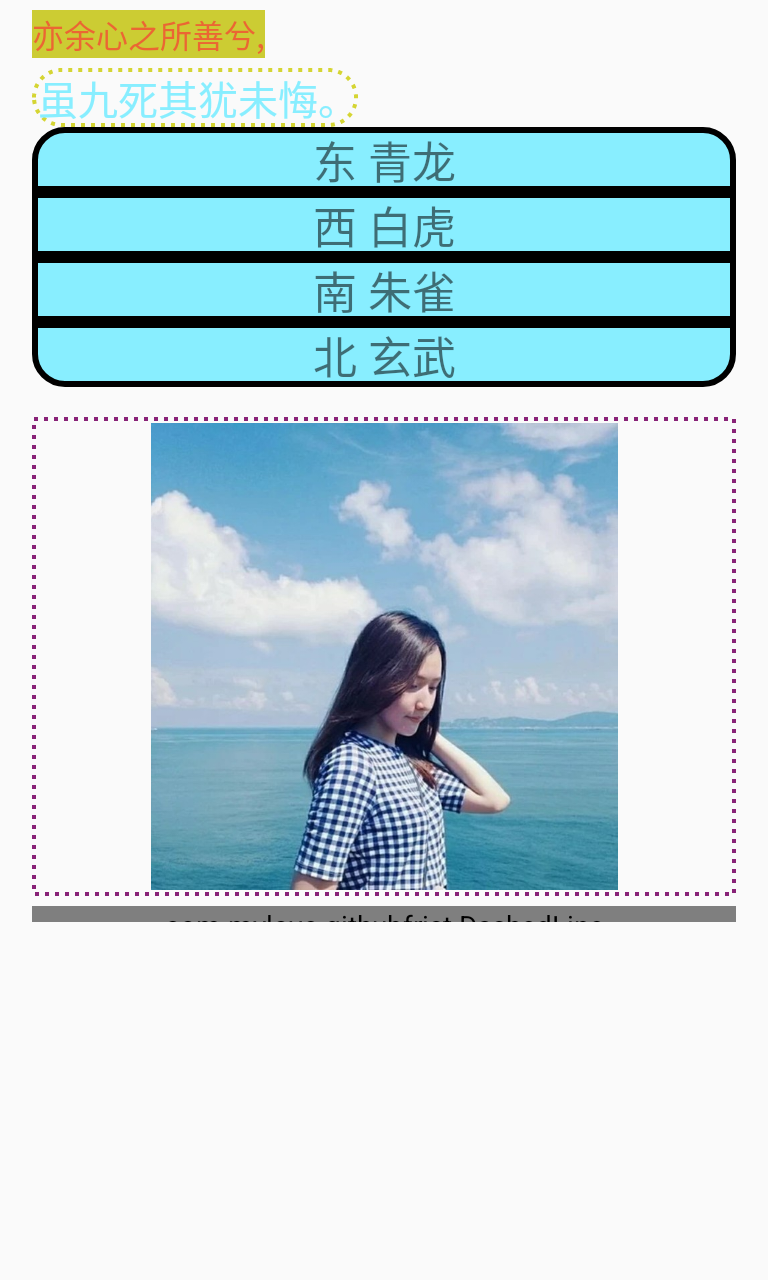
Repository: duhei/cici
Layout: GitHubFrist/res/layout/activity_main.xml
These files come from the project's save history. The layout is drawn as it stood at one moment and after the next save; the edit follows.
Pictures or frames that could not be fetched are drawn as grey boxes. It is drawn on a 768 x 1280 px phone screen (xhdpi) without system bars, with theme AppTheme; the app's code is not run.

Above is the layout before, as saved 2015-07-10 09:37:37.

### GitHubFrist/res/layout/activity_main.xml
<LinearLayout xmlns:android="http://schemas.android.com/apk/res/android"
    xmlns:tools="http://schemas.android.com/tools"
    android:layout_width="match_parent"
    android:layout_height="match_parent"

    android:paddingLeft="@dimen/activity_horizontal_margin"
    android:paddingRight="@dimen/activity_horizontal_margin"

    tools:context="com.mylove.githubfrist.MainActivity"
    android:orientation="vertical"
    >

    <TextView
        style="@style/warp_content"
        android:text="@string/lisao1"
        android:background="#FFCCCC33"
        android:textColor="#99FF2233"
        android:textSize="16dp"
        />

    <TextView
        style="@style/warp_textCol"
        android:layout_width="wrap_content"
        android:layout_height="wrap_content"
        android:background="@drawable/corner_shape"
        android:paddingLeft="3dp"
        android:text="@string/lisao2" />

    <TextView
        android:layout_width="match_parent"
        android:layout_height="wrap_content"
        android:background="@drawable/con_shape_top"
        android:text="@string/east"
        android:textSize="22dp"
        android:gravity="center"

        />

    <TextView
        android:layout_width="match_parent"
        android:layout_height="wrap_content"
        android:text="@string/west"
        android:textSize="22dp"
        android:gravity="center"
        android:background="@drawable/stroke_shape"
        />

    <TextView
        android:layout_width="match_parent"
        android:layout_height="wrap_content"
        android:text="@string/south"
        android:textSize="22dp"
        android:gravity="center"
        android:background="@drawable/stroke_shape"
        />

    <TextView
        android:layout_width="match_parent"
        android:layout_height="wrap_content"
        android:background="@drawable/con_shape_bottom"
        android:text="@string/nouth"
        android:textSize="22dp"
        android:gravity="center"
        />


    <ImageView
        android:layout_marginTop="15dp"
        android:layout_width="match_parent"
        android:layout_height="wrap_content"
        android:background="@drawable/line_shape"
        android:src="@drawable/meinv09"
        android:paddingTop="3dp"
        android:paddingBottom="3dp"

        />

    <com.mylove.githubfrist.DashedLine
        android:layout_width="match_parent"
        android:layout_height="8dp"
        android:layout_marginTop="5dp"
        ></com.mylove.githubfrist.DashedLine>

</LinearLayout>

### GitHubFrist/res/values/strings.xml
<?xml version="1.0" encoding="utf-8"?>
<resources>

    <string name="app_name">GitHubFrist</string>
    <string name="hello_world">Hello world!</string>
    <string name="action_settings">Settings</string>

    <string name="lisao1">亦余心之所善兮,</string>
    <string name="lisao2">虽九死其犹未悔。</string>

    <string name="east">东 青龙</string>
    <string name="west">西 白虎</string>
    <string name="south">南 朱雀</string>
    <string name="nouth">北 玄武</string>
</resources>

### GitHubFrist/res/drawable-hdpi/corner_shape.xml
<?xml version="1.0" encoding="utf-8"?>
<shape xmlns:android="http://schemas.android.com/apk/res/android" >

    <corners android:radius="20dp"/>

    <stroke android:width="2dp"
        android:dashGap="3dp"
        android:dashWidth="2dp"
        android:color="#FFD5D533"/>

</shape>

### GitHubFrist/res/drawable-hdpi/con_shape_top.xml
<?xml version="1.0" encoding="utf-8"?>
<shape xmlns:android="http://schemas.android.com/apk/res/android" >

    <corners android:topLeftRadius="15dp"
        android:topRightRadius="15dp"
        android:bottomLeftRadius="0dp"
        android:bottomRightRadius="0dp"
        />

    <gradient android:startColor="#FF88EEFF"
        android:centerColor="#FF88EEFF"
        android:endColor="#FF88EEFF"/>

    <stroke android:width="3dp"
        android:color="#FF000000"/>

</shape>

### GitHubFrist/res/drawable-hdpi/stroke_shape.xml
<?xml version="1.0" encoding="utf-8"?>
<shape xmlns:android="http://schemas.android.com/apk/res/android" >

    <stroke
        android:width="3dp"
        android:color="#FF000000"
        />

    <gradient
        android:startColor="#FF88EEFF"
        android:endColor="#FF88EEFF"
        />

</shape>

### GitHubFrist/res/drawable-hdpi/con_shape_bottom.xml
<?xml version="1.0" encoding="utf-8"?>
<shape xmlns:android="http://schemas.android.com/apk/res/android"
    android:shape="rectangle">

    <corners android:topLeftRadius="0dp"
        android:topRightRadius="0dp"
        android:bottomLeftRadius="15dp"
        android:bottomRightRadius="15dp"
        />

    <gradient android:startColor="#FF88EEFF"
        android:centerColor="#FF88EEFF"
        android:endColor="#FF88EEFF"/>

    <stroke android:width="3dp"
        android:color="#FF000000"/>
</shape>

### GitHubFrist/res/drawable-hdpi/line_shape.xml
<?xml version="1.0" encoding="utf-8"?>
<shape xmlns:android="http://schemas.android.com/apk/res/android" >

    <stroke
        android:width="2dp"
        android:color="#FF882277"
        android:dashGap="3dp"
        android:dashWidth="2dp"
        />

</shape>

Loaded but not shown: GitHubFrist/res/values/styles.xml (common file); GitHubFrist/res/values-v11/styles.xml (common file); GitHubFrist/res/values-v14/styles.xml (common file); GitHubFrist/res/values-w820dp/dimens.xml (common file); GitHubFrist/res/values/dimens.xml (common file)

After the next save:
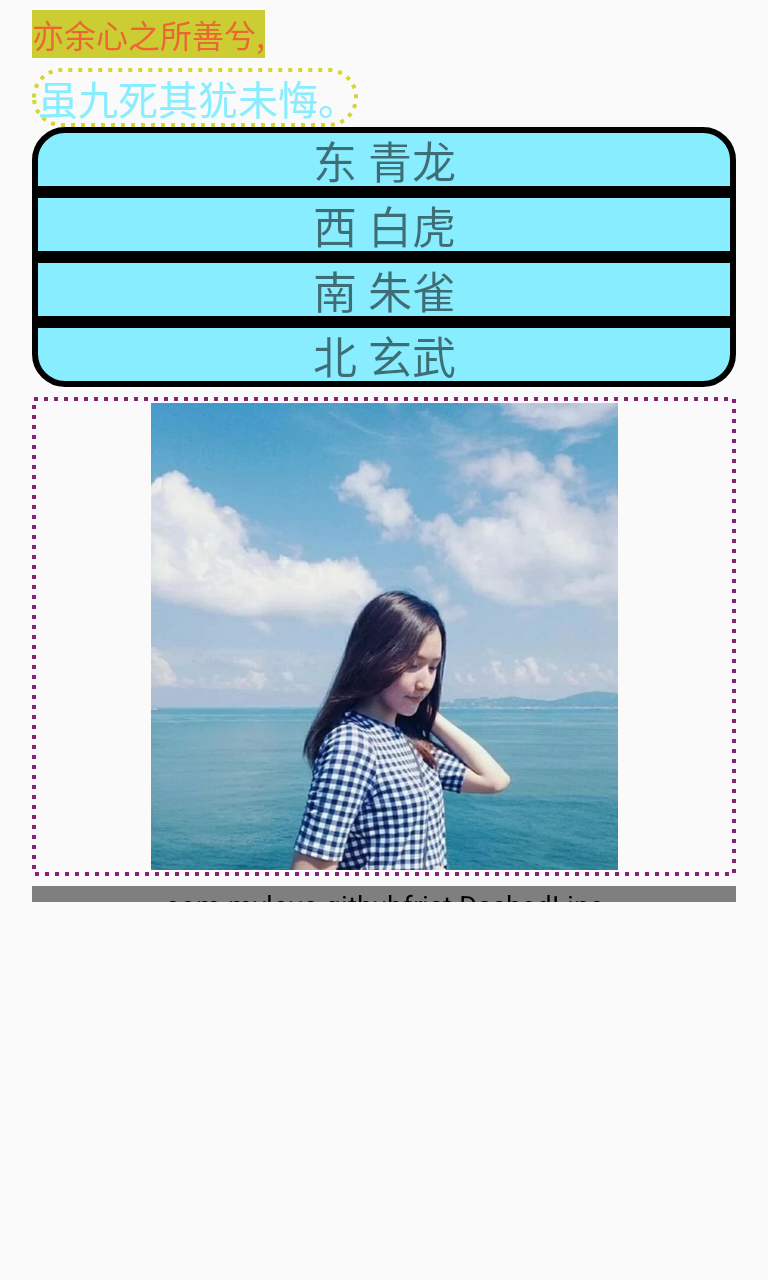
Saved 42 s later.
--- a/GitHubFrist/res/layout/activity_main.xml
+++ b/GitHubFrist/res/layout/activity_main.xml
@@ -65,7 +65,7 @@
 
 
     <ImageView
-        android:layout_marginTop="15dp"
+        android:layout_marginTop="5dp"
         android:layout_width="match_parent"
         android:layout_height="wrap_content"
         android:background="@drawable/line_shape"
